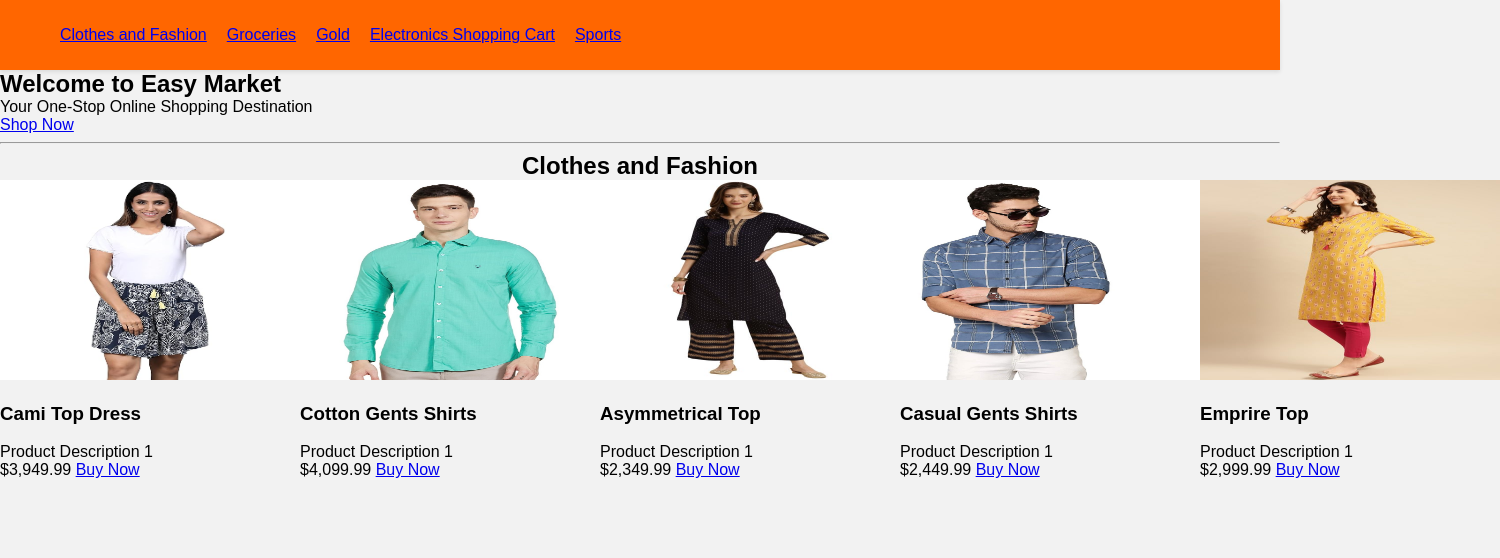
Repository: Maheshbabur789/BookStore
Page: http://localhost/OnlineMarketing/ownWeb.jsp
An editor plug-in stored every save of this project. The page is shown before and after the next save, followed by the edit.
The browser window is 1280 px wide. The page is 1500 px wide, so the pictures cover 1500 px, including what lies to the right of the window. The pictures show the whole page.
The page is served by Tomcat 9. Other server files are loaded and not shown.

Above is the page before, as saved 2024-11-07 12:41:00.

### MyLabs/OnlineMarketing/src/main/webapp/ownWeb.jsp
<%@ page language="java" contentType="text/html; charset=UTF-8"
    pageEncoding="UTF-8"%>
<!DOCTYPE html>
<html>
<head>
<meta charset="UTF-8">
<title>Easy Market - Online Shopping</title>
<style>
body, h1, h2, p {
    margin: 0;
    padding: 0;
}
body {
    background-color: #f2f2f2;
    font-family: Arial, sans-serif;
}
    header {
    background-color: #ff6600; /* Change this color to your desired header background color */
    box-shadow: 0 2px 4px rgba(0, 0, 0, 0.1);

    nav {
    display: flex;
    justify-content: space-between;
    align-items: center;
    padding: 10px 20px;
}
nav ul {

    list-style: none;
    display: flex;
}
nav li {
    margin-right: 20px;
}
.hero {
    background-color: #fff;
    padding: 40px;
    text-align: center;
}
.hero h1 {
    font-size: 36px;
    margin-bottom: 10px;
}

.hero p {
    font-size: 18px;
    color: #777;
    margin-bottom: 20px;
}
.cta-button {
    display: inline-block;
    padding: 10px 20px;
    background-color: #ff6600;
    color: #fff;
    text-decoration: none;
    font-weight: bold;
    border-radius: 4px;
}

}
</style>
</head>
<body>
 <header>
        <nav>
            <ul>
                <li><a href="#products">Clothes and Fashion</a></li>
                <li><a href="#categories">Groceries</a></li>
                <li><a href="#deals">Gold</a></li>
                <li><a href="#cart">Electronics Shopping Cart</a></li>
                <li><a href="#cart">Sports</a></li>
            </ul>
        </nav>
    </header>
      <section class="hero">
        <div class="hero-content">
            <h1>Welcome to Easy Market</h1>
            <p>Your One-Stop Online Shopping Destination</p>
            <a href="#products" class="cta-button">Shop Now</a>
        </div>

    </section>
    <hr>
    <h2 style="text-align: center;">Clothes and Fashion</h2>
    <div class="product-container">
    <section id="products" class="products" style="display: flex;">

    <div class="product-card highlights">
			    <img src="Cami-Top.jpg" alt="Sample Image" width="300" height="200">
			    <h3>Cami Top Dress</h3>
			    <p>Product Description 1</p>
			    <span class="price">$3,949.99</span>
			    <a href="class="add-to-cart">Buy Now</a>
			</div>
			<div class="product-card highlights">
			    <img src="Cotton-Shirts.jpg" alt="Sample Image" width="300" height="200">
			    <h3>Cotton Gents Shirts</h3>
			    <p>Product Description 1</p>
			    <span class="price">$4,099.99</span>
			    <a href="http://localhost/php-practice/praveen/site/flipkart_form.php" class="add-to-cart">Buy Now</a>
			</div>
			<div class="product-card highlights">
			    <img src="women dress.jpg" alt="Sample Image" width="300" height="200">
			    <h3>Asymmetrical Top</h3>
			    <p>Product Description 1</p>
			    <span class="price">$2,349.99</span>
			    <a href="http://localhost/php-practice/praveen/site/amazon_form.php" class="add-to-cart">Buy Now</a>
			</div>
			<div class="product-card highlights">
			    <img src="Shirt.jpg" alt="Product 1" width="300" height="200">
			    <h3>Casual Gents Shirts</h3>
			    <p>Product Description 1</p>
			    <span class="price">$2,449.99</span>
			    <a href="http://localhost/php-practice/praveen/site/amazon_form.php" class="add-to-cart">Buy Now</a>
			</div>
			<div class="product-card highlights">
			    <img src="WhatsApp Image 2023-10-12 at 12.32.29_75f8371e.jpg" alt="Product 1" width="300" height="200">
			    <h3>Emprire Top</h3>
			    <p>Product Description 1</p>
			    <span class="price">$2,999.99</span>
			    <a href="http://localhost/php-practice/praveen/site/amazon_form.php" class="add-to-cart">Buy Now</a>
			</div>
			</section>
    </div>
</body>
</html>

After the next save:
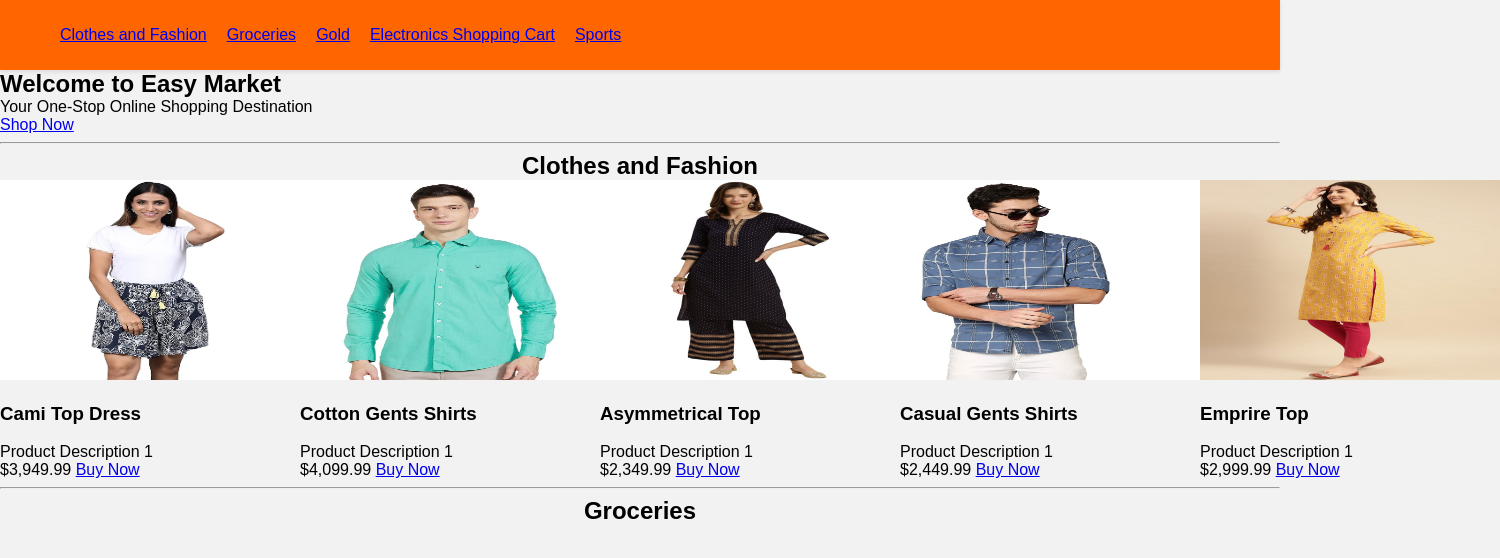
Saved 60 s later.
--- a/MyLabs/OnlineMarketing/src/main/webapp/ownWeb.jsp
+++ b/MyLabs/OnlineMarketing/src/main/webapp/ownWeb.jsp
@@ -122,5 +122,9 @@
 			</div>
 			</section>
     </div>
+    <hr>
+    <h2 style="text-align: center;">Groceries</h2>
+    <div class="product-container">
+    <section id="categories" class="categories" style="display: flex;">
 </body>
 </html>
